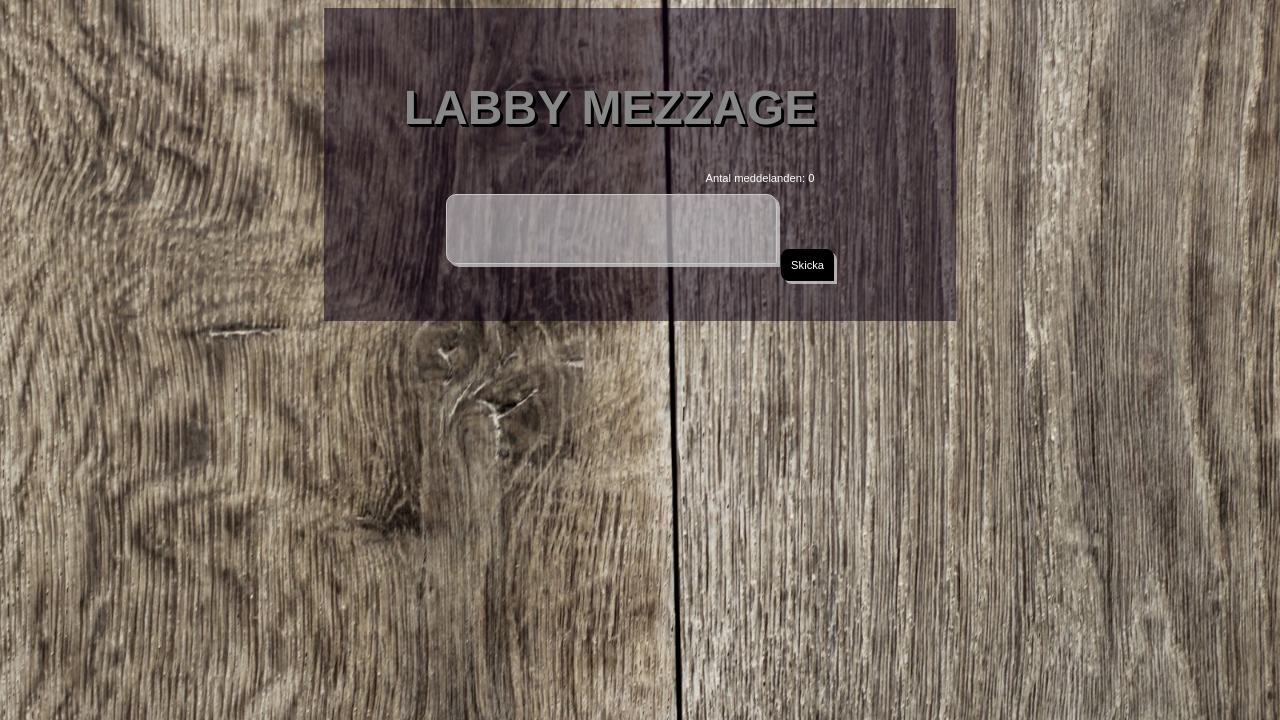
Repository: JeAut/1dv403-laborationer
Page: 2-labbymezzage/index.html
The author's editor kept a record of every edit. The page is drawn from the files as they stood at one moment, then again after the next edit.
The browser window is 1280 px wide. The pictures show the whole page.

Above is the page before.

After the next edit:
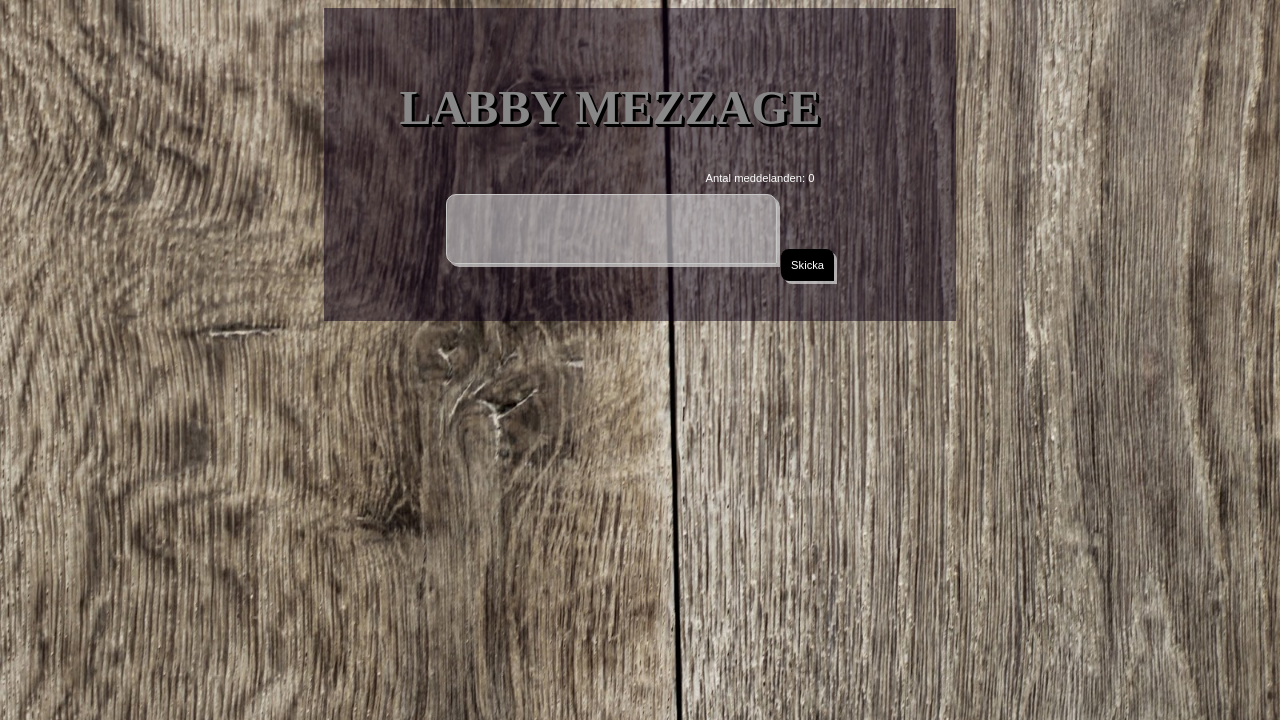
The edit:
--- a/2-labbymezzage/style.css
+++ b/2-labbymezzage/style.css
@@ -28,7 +28,6 @@
 h1 {
     margin-right:60px;
     color: #888;
-    font-family: proxima-nova-1, proxima-nova-2, 'Helvetica Neue', Arial, sans-serif;
     font-size: 48px;
     font-weight: bold;
     text-shadow: #000 1px 1px, #000 2px 2px, #000 3px 3px;
